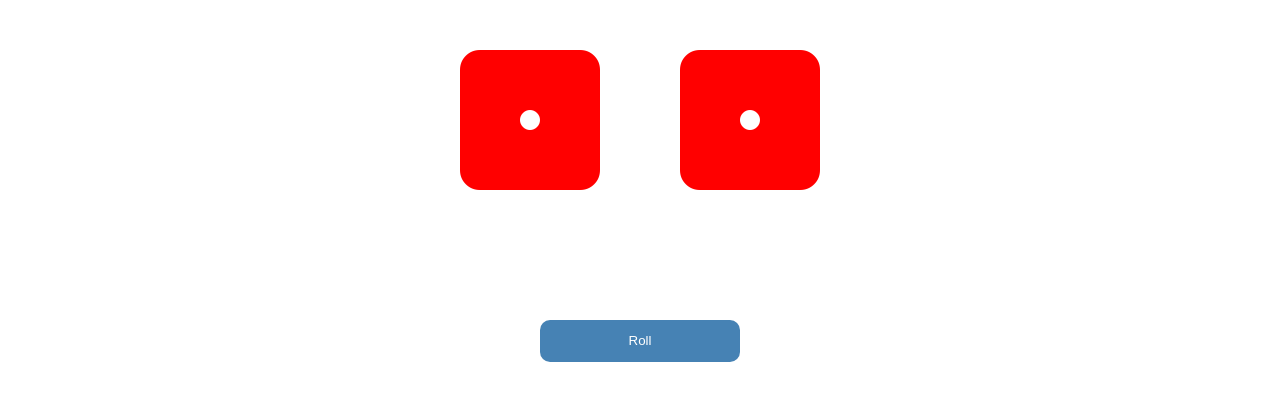
Repository: dung8466/learn-react
Page: / (app in roll-dice/)
The author's editor kept a copy of each file at every save. The page is drawn from the files as they stood at one save, then again after the next save.
The browser window is 1280 px wide. The pictures show the whole page.
The project was rebuilt for these pictures with package versions that can differ from the ones it lists, and the page was loaded fresh each time. Also part of the build but not shown: roll-dice/src/App.css.

Above is the page before, as saved 2022-09-17 21:29:41.

After the next save:
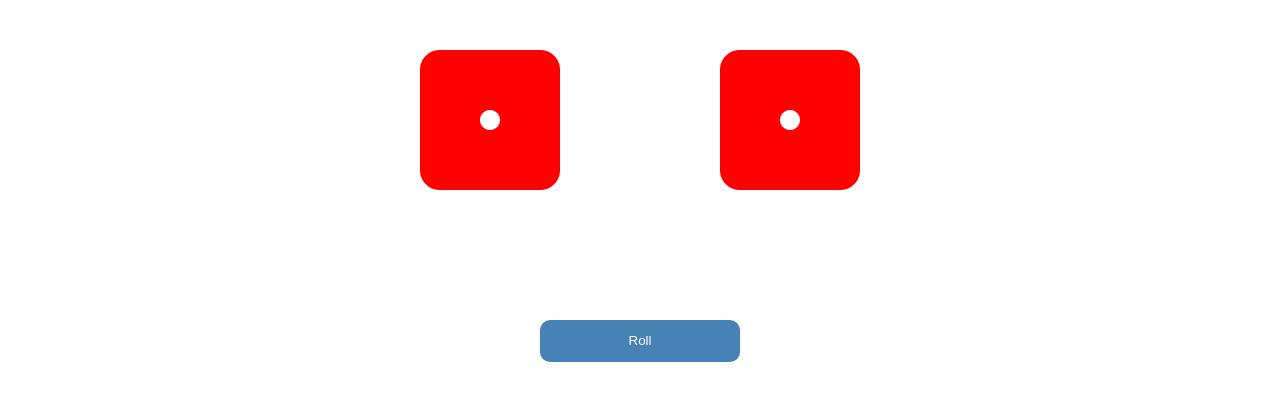
Saved 7 s later.
--- a/roll-dice/src/RollDice.css
+++ b/roll-dice/src/RollDice.css
@@ -9,7 +9,7 @@
     display: flex;
     justify-content: center;
     align-items: center;
-
+    gap: 5em;
 }
 .btn{
     width: 15em;
